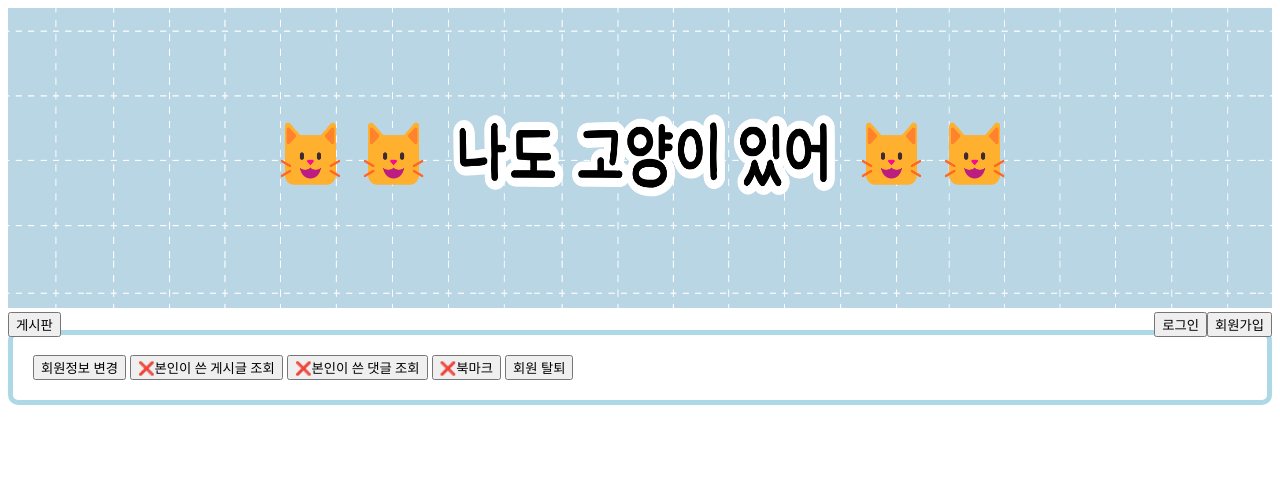
Repository: hh7711/Goit
Page: http://localhost/Goit/WEB-INF/views/myPage.jsp
An editor plug-in stored every save of this project. The page is shown before and after the next save, followed by the edit.
The browser window is 1280 px wide. The pictures show the whole page.
Some web fonts or font styles are not loaded; a fallback is used. The page is served by Tomcat 9. Nobody is signed in. The template is opened directly, without the code that normally fills it, so the values that code supplies are empty.

Above is the page before, as saved 2023-08-06 13:40:22.

After the next save:
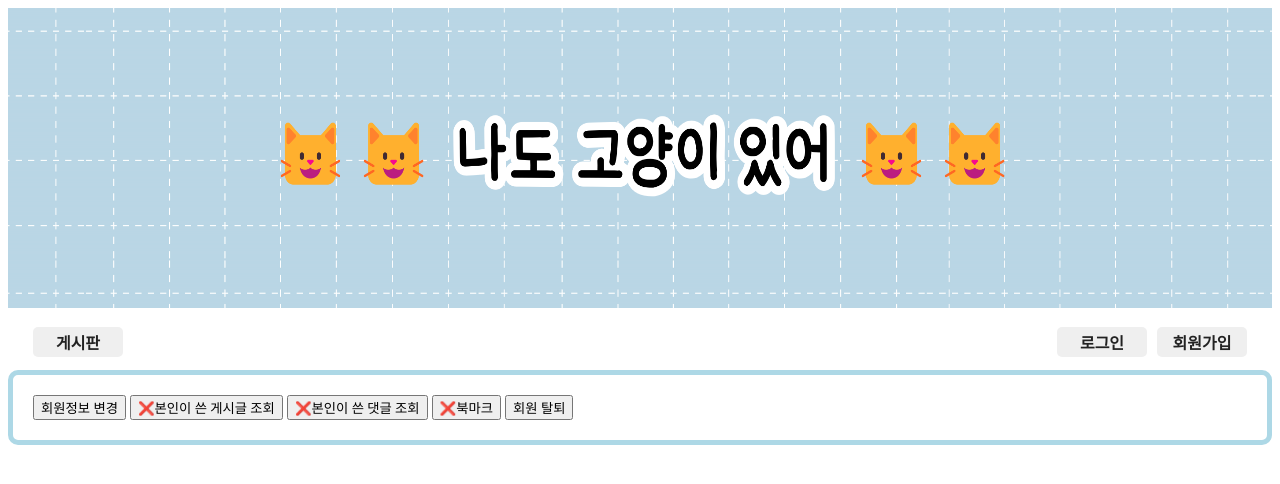
Saved 18 s later.
--- a/Goit/src/main/webapp/WEB-INF/views/myPage.jsp
+++ b/Goit/src/main/webapp/WEB-INF/views/myPage.jsp
@@ -21,6 +21,29 @@
 			border-radius: 10px;
 			padding: 20px;
 		}
+		.headBtnDiv{
+			margin-bottom: 30px; margin-top: 10px;
+			margin-left: 20px; margin-right: 20px;
+		}
+		.headBtn{
+        	border: 0.5px;
+        	width: 90px;
+        	height: 30px;
+        	color: rgb(34, 34, 34);
+        	border-radius: 5px;
+        	font-size: medium;
+        	font-weight: bold;
+        	margin-top: 5px; margin-left: 5px; margin-right: 5px; margin-bottom: 30px;
+        }
+        .headBtn:hover{
+        	background-color: rgb(211, 253, 255);
+        	box-shadow: 1px 1px 5px #ccc;
+        }
+        .headId{
+        	font-size: medium;
+        	font-weight: bold;
+        	margin-top: 8px; margin-left: 5px; margin-right: 5px; margin-bottom: 10px;
+        }
 	</style>
 </head>
 <body>
